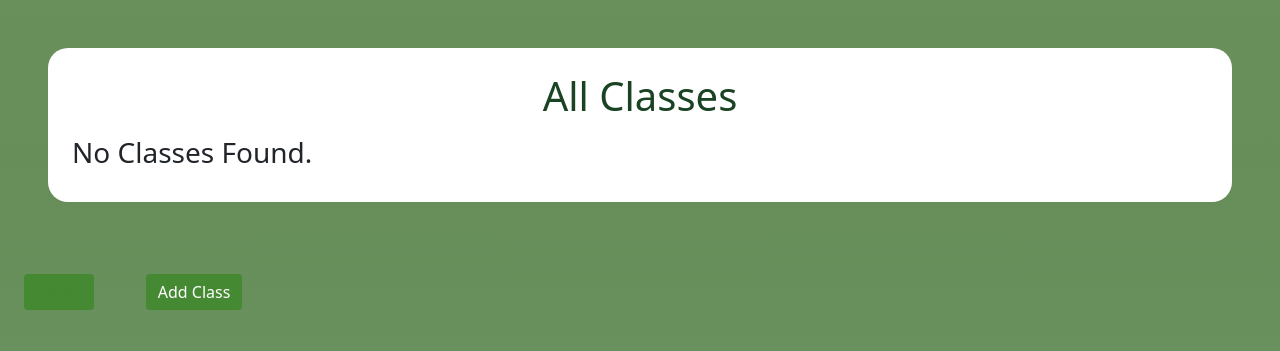
Repository: ronetteguevara/CalTech-ZumbaApp
Page: http://localhost/ZumbaApp/ViewClasses.jsp
An editor plug-in stored every save of this project. The page is shown before and after the next save, followed by the edit.
The browser window is 1280 px wide. The pictures show the whole page.
The page is served by Tomcat 10. Queries for data that is not in the repository find no rows.

Above is the page before, as saved 2024-05-03 02:09:02.

After the next save:
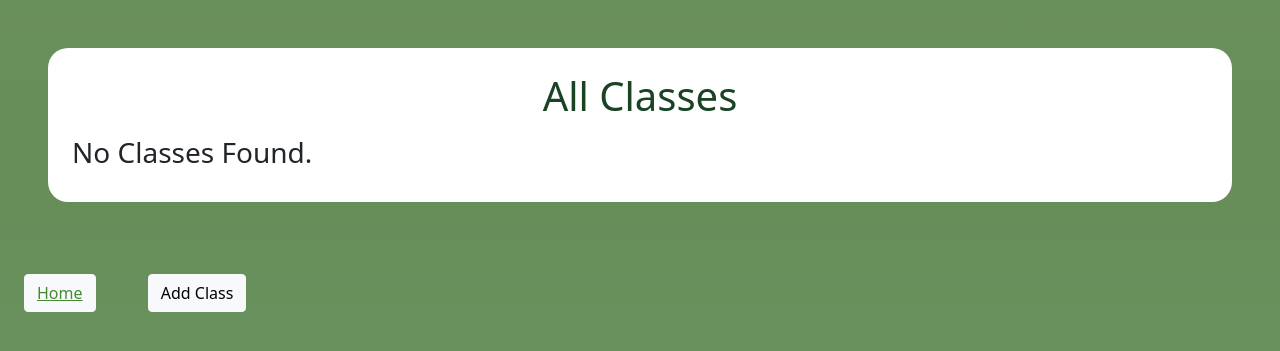
Saved 23 s later.
--- a/ZumbaApp/ZumbaApp/src/main/webapp/ViewClasses.jsp
+++ b/ZumbaApp/ZumbaApp/src/main/webapp/ViewClasses.jsp
@@ -56,8 +56,8 @@
             out.print("</div>");
         %>
         <div>
-        <button type="button" class="btn btn-primary button mx-4 my-4"><a href="Home">Home</a></button>
-        <button type="button" class="btn btn-primary button mx-4 my-4"><a hred="add-class.html">Add Class</a></button>
+        <button type="button" class="btn btn-primary btn-light mx-4 my-4"><a href="Home">Home</a></button>
+        <button type="button" class="btn btn-primary btn-light mx-4 my-4"><a hred="add-class.html">Add Class</a></button>
 		</div>
 </body>
 </html>
